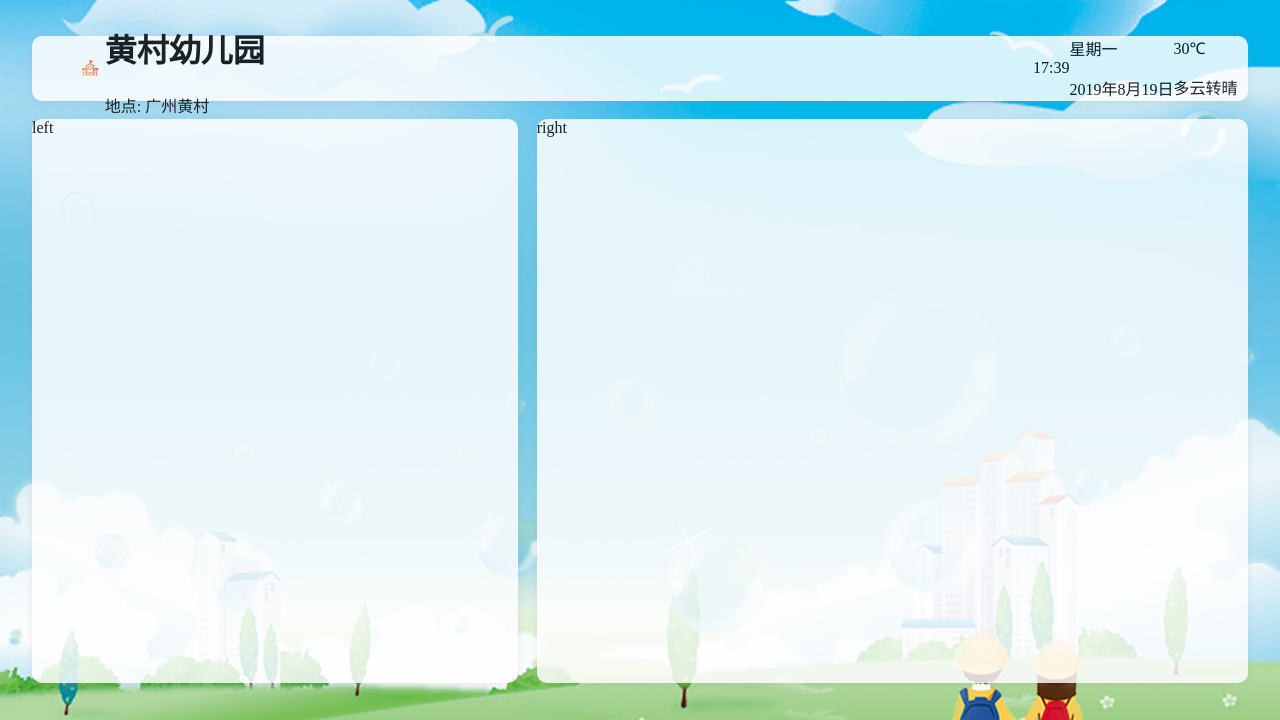
Repository: huangdesheng/classBrand
Page: / (app in classBrand/)
The author's editor kept a copy of each file at every save. The page is drawn from the files as they stood at one save, then again after the next save.
The browser window is 1280 px wide. The pictures show the whole page.
The project was rebuilt for these pictures with package versions that can differ from the ones it lists, and the page was loaded fresh each time.

Above is the page before, as saved 2019-08-23 10:15:33.

### classBrand/index.html
<!DOCTYPE html>
<html>

<head>
  <meta charset="utf-8">
  <meta name="viewport" content="width=device-width,initial-scale=1.0">
  <meta name="viewport"
    content="width=device-width, user-scalable=no, initial-scale=1.0, maximum-scale=1.0, minimum-scale=1.0">
  <meta name="x5-orientation" content="portrait">
  <!-- QQ应用模式 -->
  <meta name="x5-page-mode" content="app">
  <!-- windows phone 点击无高光 -->
  <meta name="msapplication-tap-highlight" content="no">
  <meta content=yes name=apple-mobile-web-app-capable>
  <meta content=yes name=apple-touch-fullscreen>
  <!-- 禁止将页面中的数字识别为电话号码 -->
  <meta name="format-detection" content="telephone=no,email=no">
  <title>classbrand</title>
</head>

<body>
  <div id="app"></div>
  <!-- built files will be auto injected -->
</body>

</html>

### classBrand/src/main.js
// The Vue build version to load with the `import` command
// (runtime-only or standalone) has been set in webpack.base.conf with an alias.
import Vue from 'vue'
import App from './App'
import router from './router'
import 'lib-flexible'

Vue.config.productionTip = false

/* eslint-disable no-new */
new Vue({
  el: '#app',
  router,
  components: {
    App
  },
  template: '<App/>'
})

### classBrand/src/App.vue
<template>
  <div id="app">
    <router-view />
  </div>
</template>

<script>
export default {
  name: "App"
};
</script>

<style lang="less">
.bt {
  width: 100vw;
  height: 100vh;
  background: url(./assets/bg/bg.png);
  background-size: 100% 100%;
  background-repeat: no-repeat;
  background-position: center;
  position: fixed;
  left: 0;
  top: 0;
  display: flex;
  justify-content: center;
  align-items: center;
}
#app {
  .bt;
}
</style>

### classBrand/src/router/index.js
import Vue from 'vue'
import Router from 'vue-router'
import index from '@/views/index'

Vue.use(Router)

export default new Router({
  routes: [{
    path: '/',
    name: 'index',
    component: index
  }]
})

### classBrand/src/views/index/index.vue
<template>
  <div id="index">
    <header>
      <ul>
        <li>
          <span></span>
          <div>
            <h1>黄村幼儿园</h1>
            <p>地点: 广州黄村</p>
          </div>
        </li>
        <li>
          <div>17:39</div>
          <div>
            <p>星期一</p>
            <p>2019年8月19日</p>
          </div>
          <div>
            <p>30℃</p>
            <p>多云转晴</p>
          </div>
        </li>
      </ul>
    </header>
    <section>
      <aside>left</aside>
      <aside>right</aside>
    </section>
  </div>
</template>

<script>
export default {};
</script>

<style lang="less" scoped>
.bt {
  background: rgba(255, 255, 255, 1);
  box-shadow: 0px 2px 7px 0px rgba(161, 157, 157, 0.23);
  opacity: 0.84;
  border-radius: 10px;
}
.img {
  width: 1rem;
  height: 1rem;
  background-size: 100% 100%;
  background-position: center center;
  background-repeat: no-repeat;
}
.flex {
  display: flex;
  justify-content: space-between;
  align-items: center;
}
#index {
  width: 95%;
  height: 90%;
  header {
    .bt;
    height: 10%;
    width: 100%;
    > ul {
      list-style: none;
      width: 95%;
      height: 100%;
      margin: 0 auto;
      display: flex;
      justify-content: space-between;
      align-items: center;
      li {
        .flex;
        &:nth-of-type(1) {
          > span {
            background: url(../../assets/icon/index.png);
            .img;
            margin-right: 0.4rem;
          }
        }
      }
    }
  }
  section {
    .flex;
    width: 100%;
    margin-top: 1.5%;
    height: 87%;
    aside {
      .bt;
      height: 100%;
      &:nth-of-type(1) {
        width: 40%;
        margin-right: 1.5%;
      }
      &:nth-of-type(2) {
        flex: 1;
      }
    }
  }
}
</style>

After the next save:
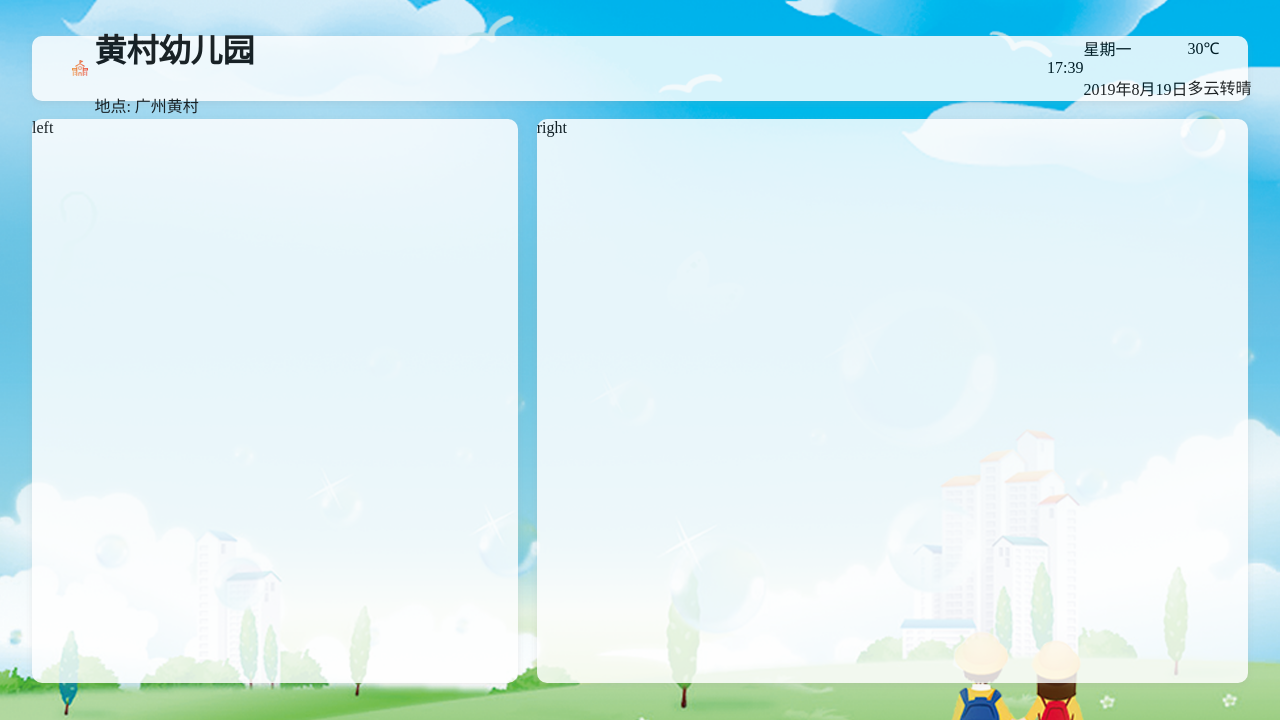
Saved 8 s later.
--- a/classBrand/src/views/index/index.vue
+++ b/classBrand/src/views/index/index.vue
@@ -61,7 +61,7 @@ export default {};
     width: 100%;
     > ul {
       list-style: none;
-      width: 95%;
+      width: 97%;
       height: 100%;
       margin: 0 auto;
       display: flex;
